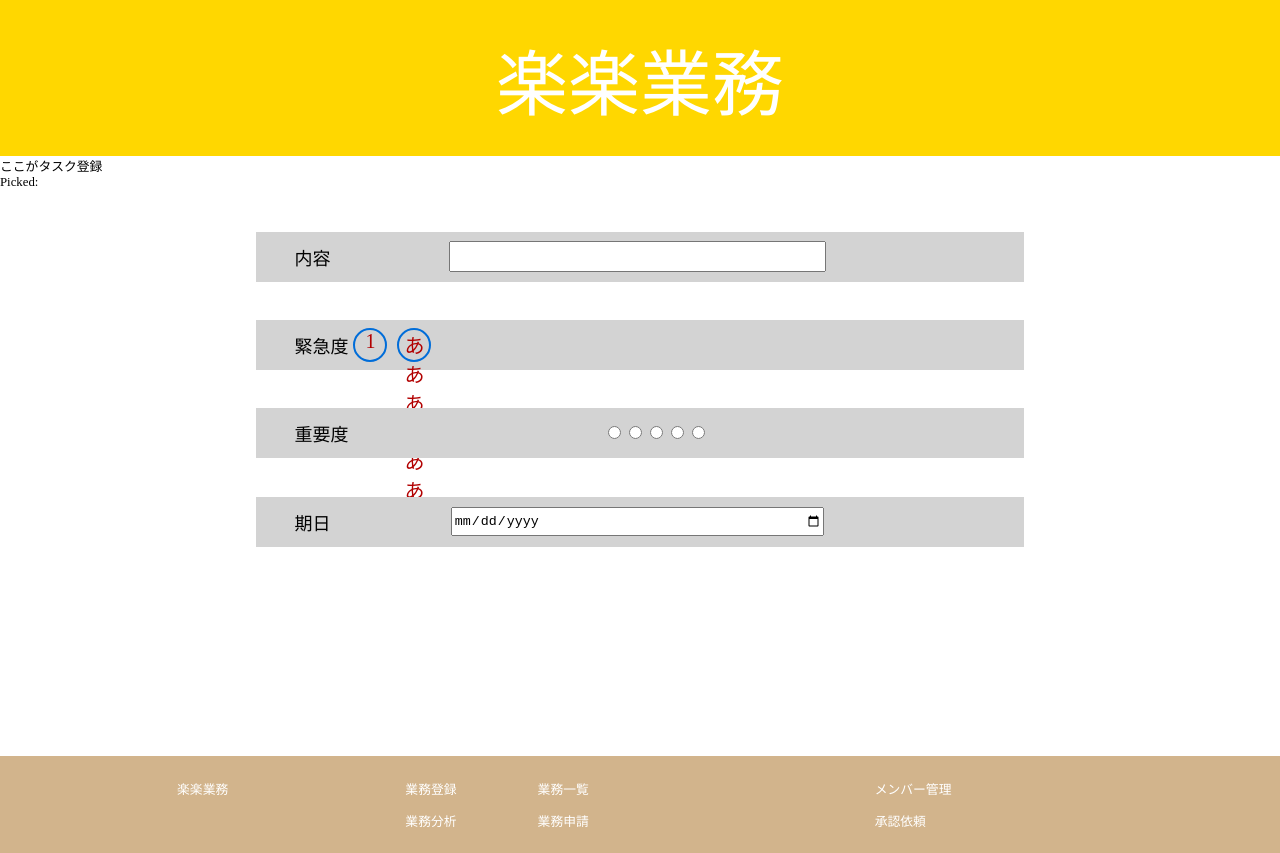
Repository: Reiya-1003/VueReplaceTask
Page: /#/register
An editor plug-in stored every save of this project. The page is shown before and after the next save, followed by the edit.
The browser window is 1280 px wide. The pictures show the whole page.
The project was rebuilt for these pictures with package versions that can differ from the ones it lists, and the page was loaded fresh each time. Also part of the build but not shown: vue.config.js, src/components/pages/PageHome.vue.

Above is the page before, as saved 2022-06-16 16:44:26.

### public/index.html
<!DOCTYPE html>
<html lang="">
  <head>
    <meta charset="utf-8">
    <meta http-equiv="X-UA-Compatible" content="IE=edge">
    <meta name="viewport" content="width=device-width,initial-scale=1.0">
    <link rel="icon" href="<%= BASE_URL %>favicon.ico">
    <link rel="stylesheet" href="style.css">
    <title><%= htmlWebpackPlugin.options.title %></title>
  </head>
  <body>
    <noscript>
      <strong>We're sorry but <%= htmlWebpackPlugin.options.title %> doesn't work properly without JavaScript enabled. Please enable it to continue.</strong>
    </noscript>
    <div id="app"></div>
    <!-- built files will be auto injected -->
  </body>
</html>

### src/main.js
import Vue from 'vue'
import App from './App.vue'
import router from './roter'

Vue.config.productionTip = false


new Vue({
  router,
  render: h => h(App),
}).$mount('#app')

### src/App.vue
<template>
  <div>
      <PageHeader />

        <!-- <PageHome /> -->
        <router-view />

      <PageFooter />
  </div>
</template>

<script>
import PageHeader from "./components/modules/PageHeader";
import PageFooter from "./components/modules/PageFooter";


export default {
  name: 'App',
  components: {
    PageHeader,
    PageFooter,


  },

}
</script>

<style>

</style>

### src/roter.js
import Vue from 'vue'
import VueRouter from 'vue-router'
import Home from '@/components/pages/PageHome.vue'
import Register from '@/components/pages/PageRegister.vue'




Vue.use(VueRouter)

export default new VueRouter({
  // デフォルトの挙動では URL に `#` が含まれる.
  // URL から hash を取り除くには `mode:history` を指定する
  // mode: 'history',
  base: __dirname,

  routes: [
    {
      path: '/',
      name: 'home',
      component: Home
    },
    {
      path: '/register',
      name: 'register',
      component: Register
    },



  ]

})

### src/components/modules/PageHeader.vue
<template>
  <header id="headerblock">

    <h1 id="title" ><router-link to="/" >楽楽業務</router-link></h1>


  </header>
</template>

<script>
export default {
  name: 'PageHeader',

}
</script>


<style lang="scss" type="text/css">
  #headerblock{
    height: 10%;
    width: 100%;
    background-color: #ffd700;
    h1{
      margin: 0;
      text-align: center;
      padding: 2%;
      color: white;
      font-size: 10vh;
      font-weight: normal;
      a{
      cursor: pointer;
      color: inherit;
      text-decoration: none;
    }
    }


  }
</style>

### src/components/modules/PageFooter.vue
<template>
  <div id="footblock">

    <div class="flexitem1">
      <p><router-link to="/" >楽楽業務</router-link></p>
    </div>
    <div class="flexitem2">
      <div>
        <!-- roter-linkになると思う -->
        <p><router-link to="/register">業務登録</router-link></p>
        <p>業務分析</p>
      </div>
      <div class="item">
        <p>業務一覧</p>
        <p>業務申請</p>
      </div>
    </div>
    <div class="flexitem3">
      <p>メンバー管理</p>
      <p>承認依頼</p>
    </div>


  </div>
</template>

<script>
export default {
  name: 'PageFooter',

}
</script>


<style lang="scss" type="text/css">
  #footblock{
    background-color: #d2b48c;
    color: white;
    display: flex;
    justify-content: space-around;

    .flexitem1{
      width: 100%;
      text-align: center;
      padding-top: 10px;
      padding-bottom: 10px;
      a{
      cursor: pointer;
      color: inherit;
      text-decoration: none;
      }
    }
    .flexitem2{
      width: 100%;
      display: flex;
      padding-top: 10px;
      padding-bottom: 10px;
      justify-content: flex-start;
      a{
      cursor: pointer;
      color: inherit;
      text-decoration: none;
      }
      .item{
        padding-left: 20%;
      }
    }
    .flexitem3{
      padding-top: 10px;
      padding-bottom: 10px;
      padding-left: 5%;
      width: 100%;
      a{
      cursor: pointer;
      color: inherit;
      text-decoration: none;
      }
    }
  }
</style>

### src/components/pages/PageRegister.vue
<template>
  <div style="height: 600px">
    <div>ここがタスク登録</div>
    <span>Picked: {{ picked }}</span>

    <div class="listbox">
      <div class="listitem">
        <span class="itemtitle">内容</span
        ><span class="item"><input type="text" class="textinput" /></span>
      </div>
      <div class="listitem">
        <span class="itemtitle">緊急度</span>
        <span class="item">
          <input type="radio" id="one" value="one" name="Urgency" class="radioinput" v-model="picked"/><label
            for="one"
            >1</label>
          <input type="radio" id="two" value="two" name="Urgency" class="radioinput" v-model="picked"/><label
            for="two"
            >ああああああ</label>

        </span>
      </div>
      <div class="listitem">
        <span class="itemtitle">重要度</span
        ><span class="item"
          ><input type="radio" /><input type="radio" /><input
            type="radio" /><input type="radio" /><input type="radio"
        /></span>
      </div>
      <div class="listitem">
        <span class="itemtitle">期日</span
        ><span class="item"><input type="date" class="dateinput" /></span>
      </div>
    </div>
  </div>
</template>

<script>
export default {
  name: "PageRegister",
  data(){
    return{
      picked:""
    }
  }
};
</script>

<style lang="scss" type="text/css">
.listbox {
  margin: 3px auto;
  height: 400px;
  width: 60%;
  display: flex;
  flex-direction: column;

  .listitem {
    height: 50px;
    display: flex;
    align-items: center;
    margin-top: 5%;
    background-color: lightgray;
    text-align: center;
    .itemtitle {
      margin-left: 5%;
      font-size: large;
    }
    .item {
      width: 80%;
      .textinput {
        width: 60%;
        height: 25px;
      }
      .dateinput {
        width: 60%;
        height: 25px;
      }
      .radioinput{
        display: none;
      }

input[type="radio"]::checked + label {
background: #31A9EE;/* マウス選択時の背景色を指定する */
color: #ffffff; /* マウス選択時のフォント色を指定する */
}
label:hover {
background-color: #E2EDF9; /* マウスオーバー時の背景色を指定する */
}
label {
    display: block;
    float: left;
    margin: 5px;
    width: 30px;
    height: 30px;
    /* padding-left: 5px; */
    /* padding-right: 5px; */
    color: #b20000;
    text-align: center;
    /* line-height: 45px; */
    cursor: pointer;
    border: 2px solid #006DD9;
    border-radius: 50%;
    font-size: 20px;
}




    }
  }
}
</style>

### public/style.css
body{
  margin: 0;
  font-size: 1vmax;
}

After the next save:
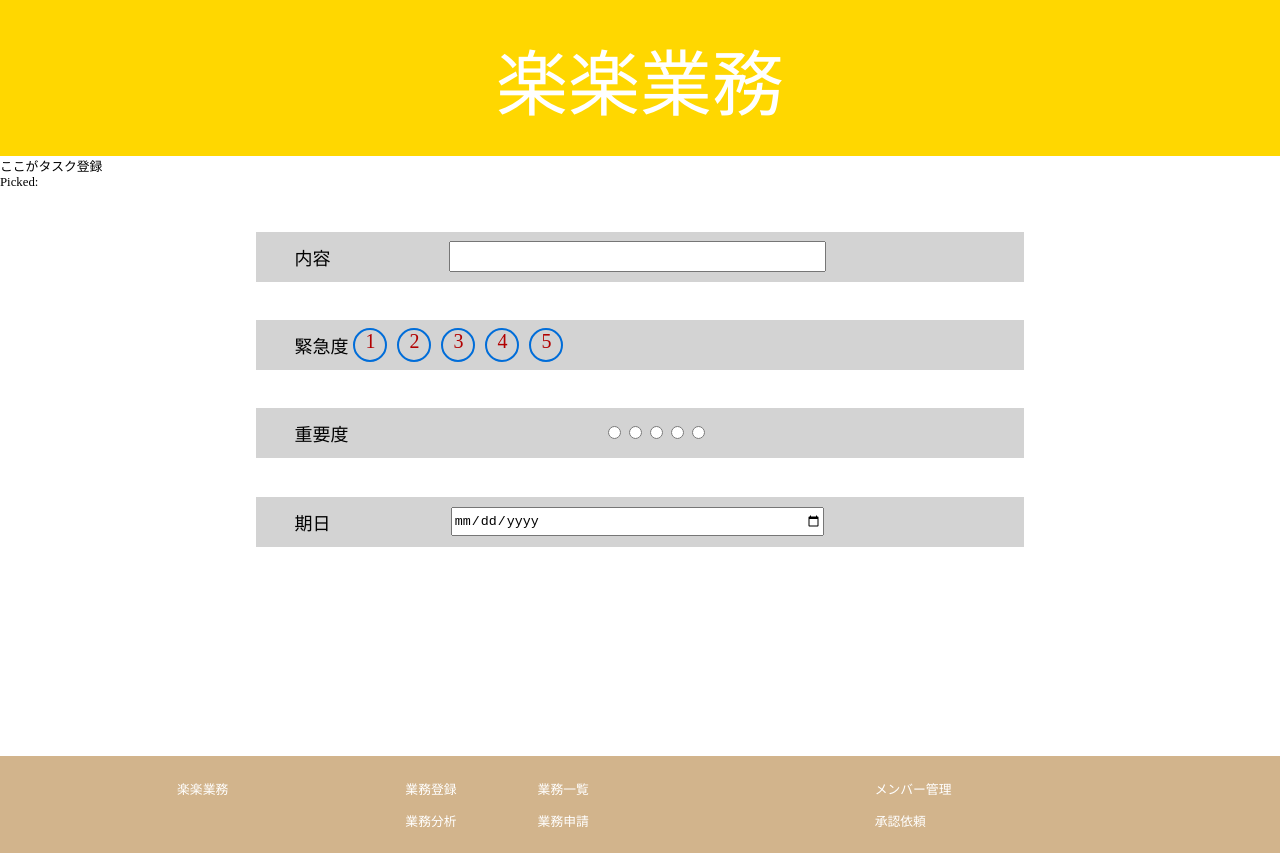
Saved 100 s later.
--- a/src/components/pages/PageRegister.vue
+++ b/src/components/pages/PageRegister.vue
@@ -16,7 +16,16 @@
             >1</label>
           <input type="radio" id="two" value="two" name="Urgency" class="radioinput" v-model="picked"/><label
             for="two"
-            >ああああああ</label>
+            >2</label>
+            <input type="radio" id="three" value="three" name="Urgency" class="radioinput" v-model="picked"/><label
+            for="three"
+            >3</label>
+            <input type="radio" id="four" value="four" name="Urgency" class="radioinput" v-model="picked"/><label
+            for="four"
+            >4</label>
+            <input type="radio" id="five" value="five" name="Urgency" class="radioinput" v-model="picked"/><label
+            for="five"
+            >5</label>
 
         </span>
       </div>
